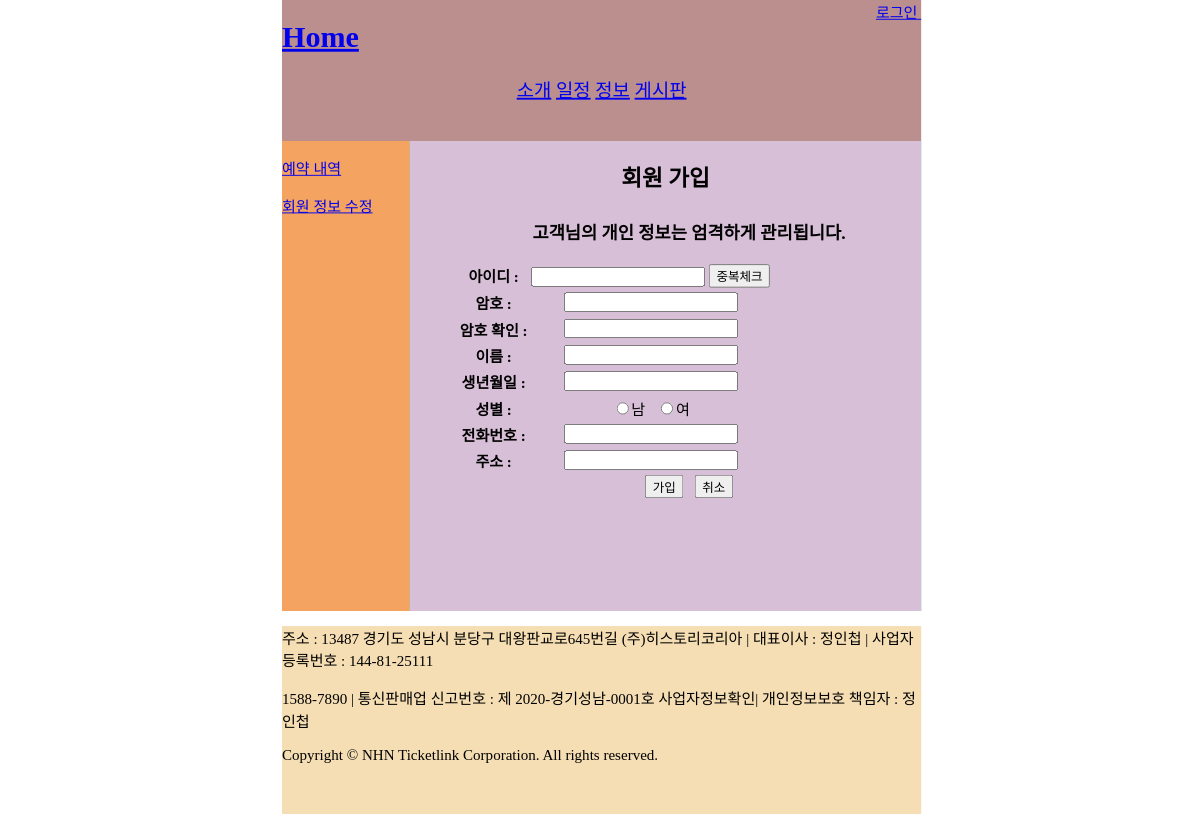
Repository: dlscjq34/JSP_historyTour
Page: http://localhost/HistoryTour/WEB-INF/views/member/joinMember.jsp
An editor plug-in stored every save of this project. The page is shown before and after the next save, followed by the edit.
The browser window is 1280 px wide. The pictures show the whole page, at 94% of full size.
The page is served by Tomcat 9. Nobody is signed in. The template is opened directly, without the code that normally fills it, so the values that code supplies are empty.

Above is the page before, as saved 2020-12-21 03:39:30.

After the next save:
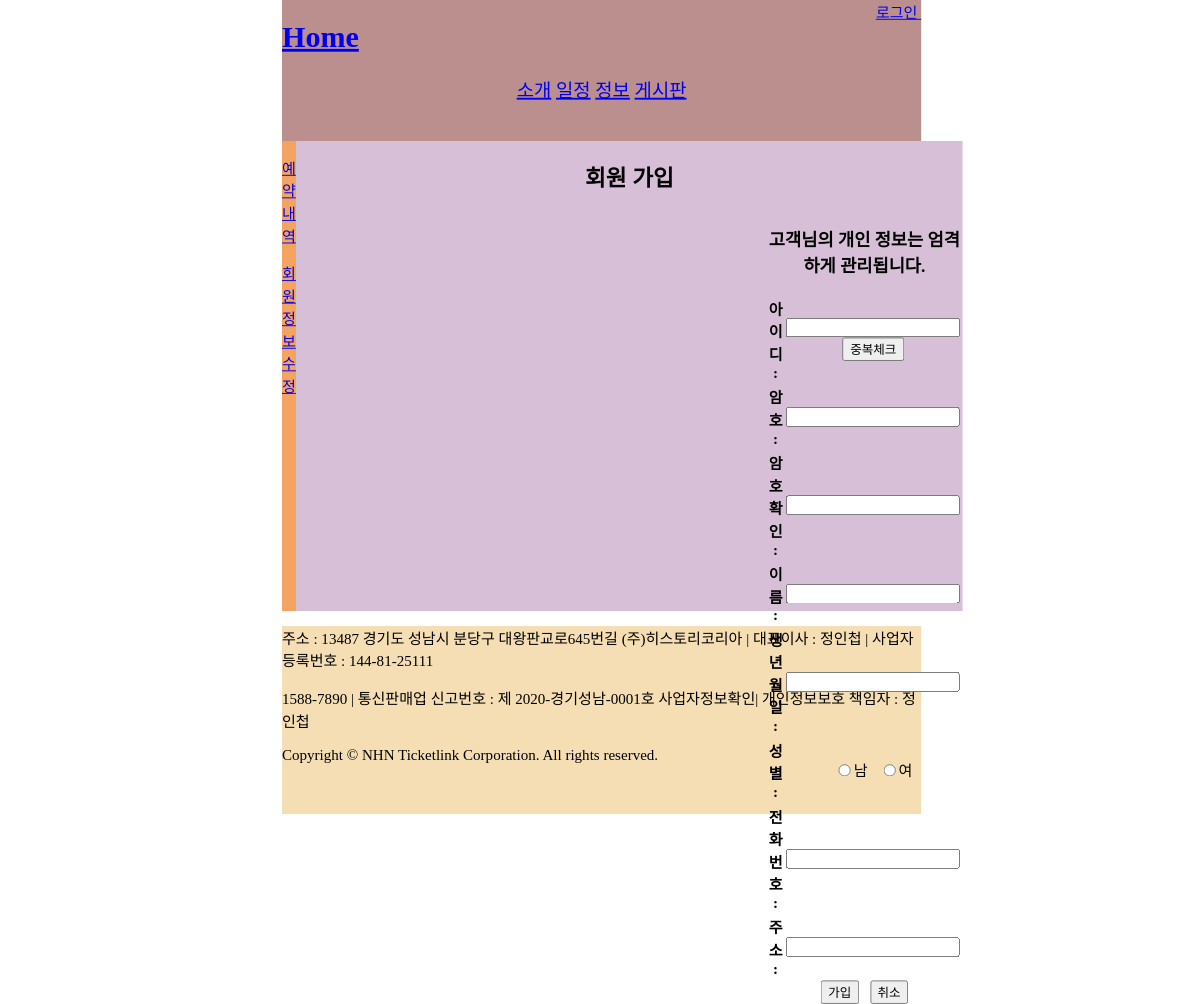
Saved 7 s later.
--- a/HistoryTour/WebContent/css/joinMember.css
+++ b/HistoryTour/WebContent/css/joinMember.css
@@ -5,7 +5,7 @@
 .center article form  {
   position: relative;
   margin-top: 5%;
-  padding-left: 50px;
+  padding-left: 500px;
   /* width: 100px;
   font-size: 20px; */
 }
